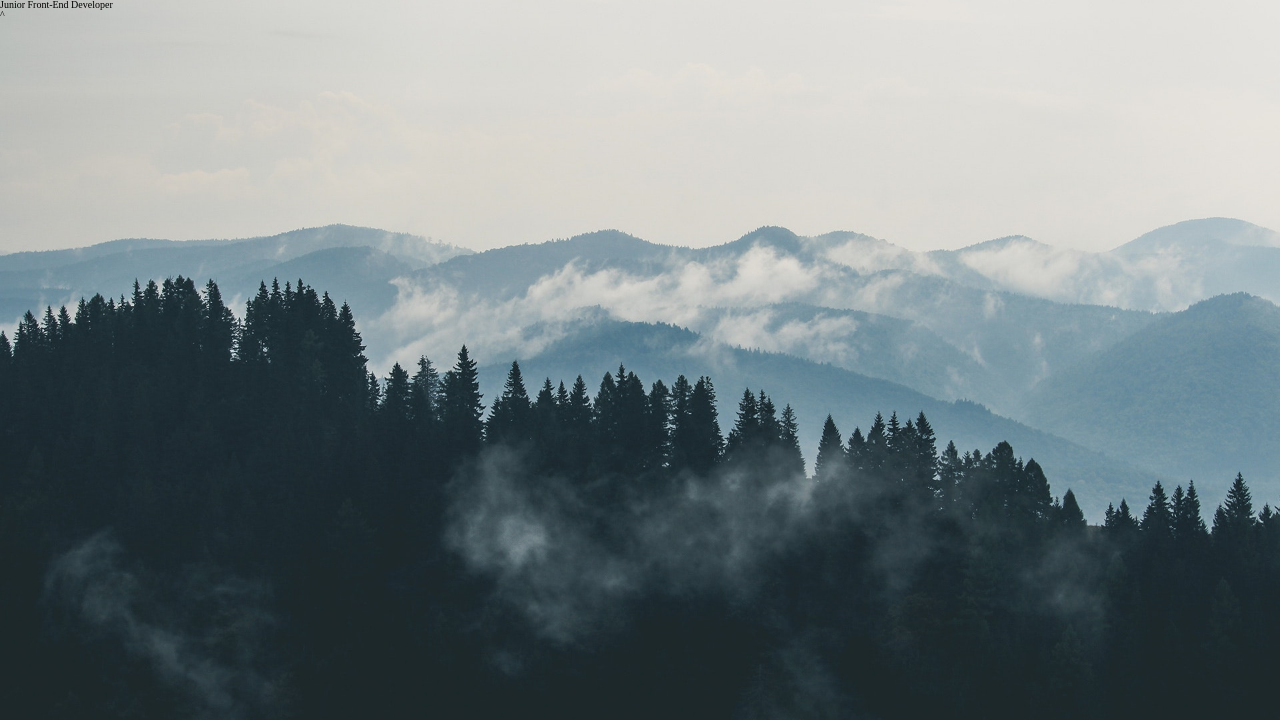
Repository: Maxs777/wizytowka
Page: index.html
The author's editor kept a copy of each file at every save. The page is drawn from the files as they stood at one save, then again after the next save.
The browser window is 1280 px wide. The pictures show the whole page.

Above is the page before, as saved 2019-03-09 21:22:50.

### index.html
<!DOCTYPE html>
<html lang="pl">
<head>
    <meta charset="UTF-8">
    <meta name="viewport" content="width=device-width, initial-scale=1.0">
    <meta http-equiv="X-UA-Compatible" content="ie=edge">
    <link rel="stylesheet" href="_css/style.css">
    <title>Strona-wizytówka</title>
    <meta name="description" content="Jest to moja pierwsza strona-wizytówka">
    <meta name="author" content="Maksymilian Suchocki">
    <link rel="stylesheet" href="https://use.fontawesome.com/releases/v5.7.2/css/all.css"
        integrity="sha384-fnmOCqbTlWIlj8LyTjo7mOUStjsKC4pOpQbqyi7RrhN7udi9RwhKkMHpvLbHG9Sr" crossorigin="anonymous">

</head>
<body>
   <div class="container">
       <header>
        <nav>
            <ul>
                <li><a href="#header"></a></li>
                <li><a href="#section1"></a></li>
                <li><a href="#section2"></a></li>
                <li><a href="#section3"></a></li>
                <li><a href="#section4"></a></li>
            </ul>
        </nav>
           <h1>Junior Front-End Developer</h1>
           <div class="wrapper">^</div>
        </header>
       <section id="section1" class="aboutme">

       </section>
       <section id="section2" class="skills"></section>
       <section id="section3" class="project"></section>
       <section id="section4" class="contact"></section>
       <footer></footer>
   </div>
</body>
</html>

### _css/style.css
@import url('reset.css');

:root{
    /* -----------------------------fonts */
    font-size: 62.5%;

    /*---------------------------- colors */
    --dark-blue-color: #2C3E50;
    --red-color: #E74C3C;
    --white-color: #ECF0F1;
    --main-blue: #3498DB;
    --second-blue: #2980B9;
    /* ---------------------------------- */
}

*,
*::after,
*::before{
    box-sizing: border-box;
}

.hide{
    position: absolute;
    clip:rect(0px 0px 0px 0px);
    *clip: rect(0 0 0 0);
}

header{
    height: 100vh;
    width: 100vw;
    background: url(../_assets/_img/background.jpg) center / cover;
    overflow: hidden;
}

Loaded but not shown: _css/reset.css (common file)

After the next save:
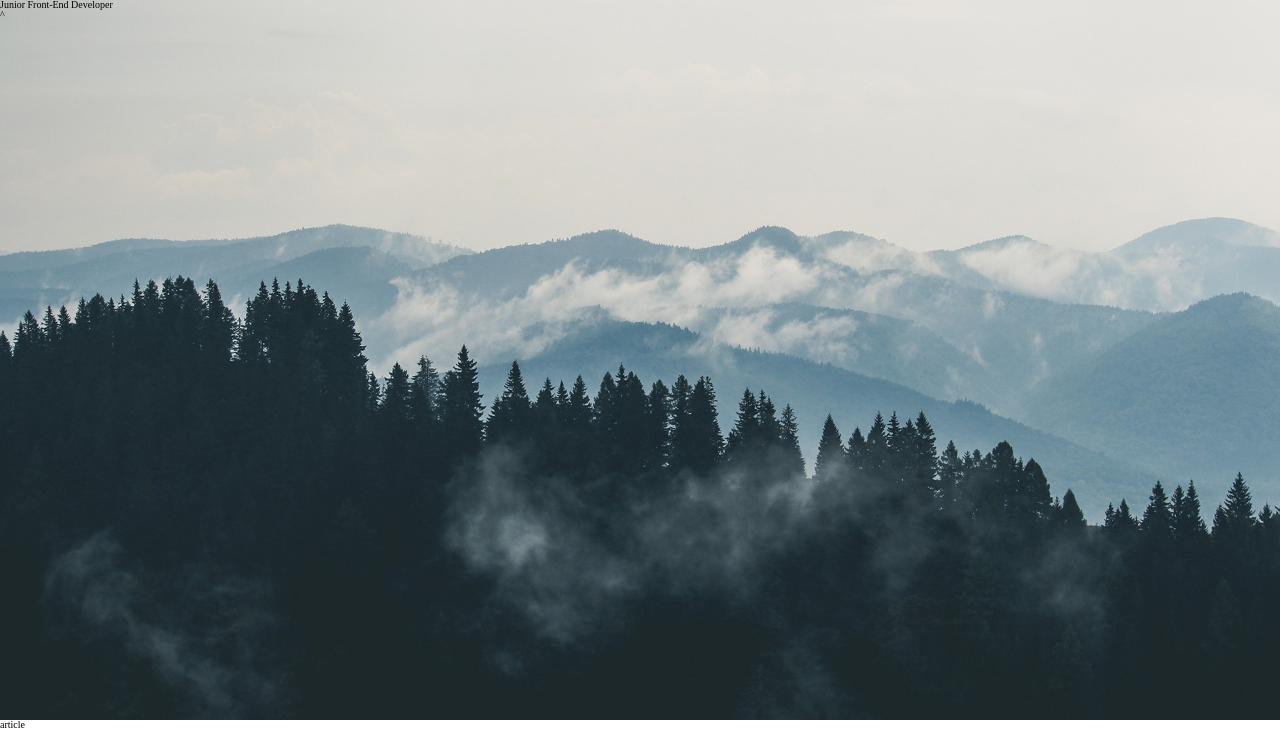
Saved 55 s later.
--- a/index.html
+++ b/index.html
@@ -28,7 +28,7 @@
            <div class="wrapper">^</div>
         </header>
        <section id="section1" class="aboutme">
-
+           article
        </section>
        <section id="section2" class="skills"></section>
        <section id="section3" class="project"></section>
